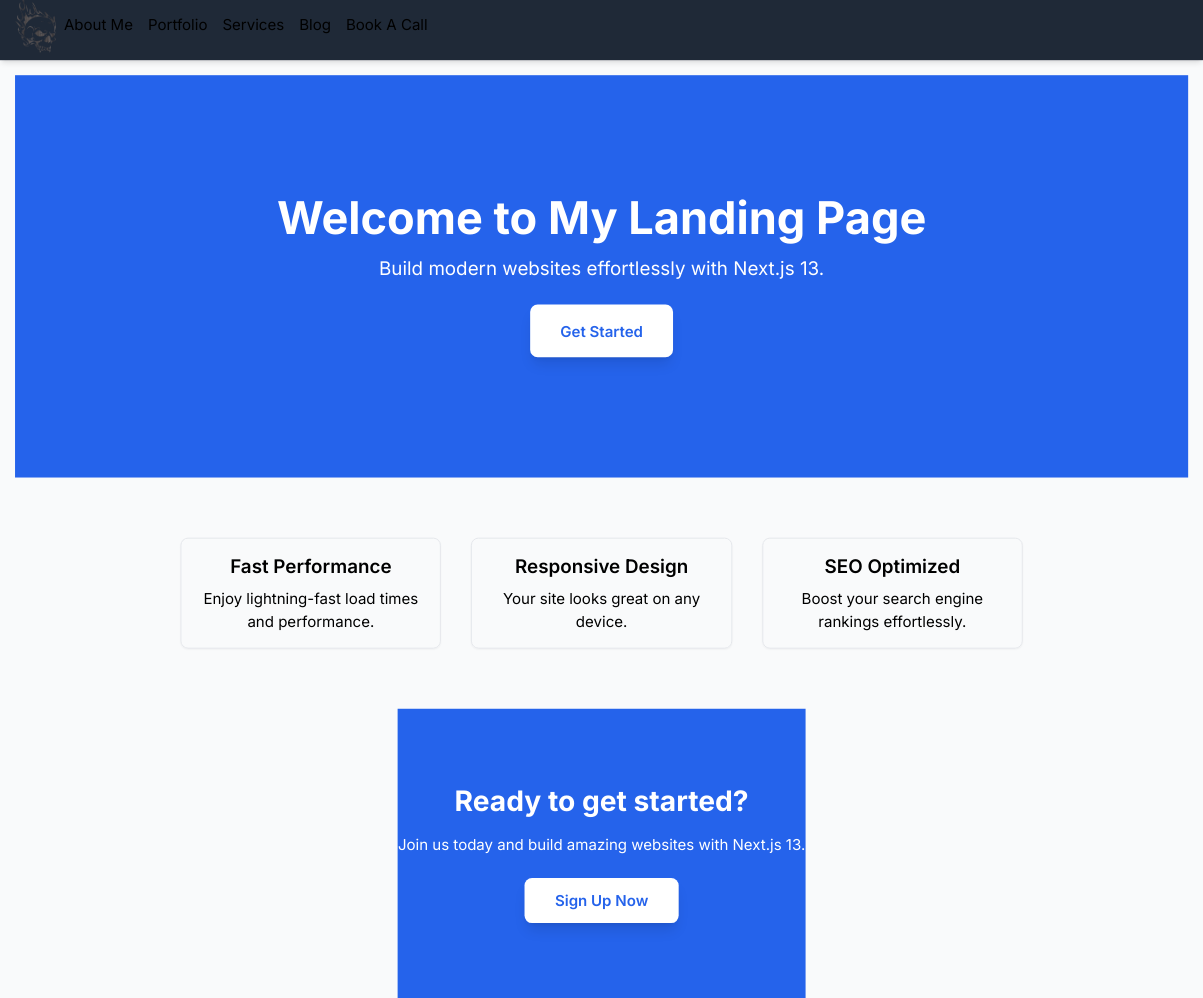
Repository: TheSecretlifeOfX/landing1
Page: /
An editor plug-in stored every save of this project. The page is shown before and after the next save, followed by the edit.
The browser window is 1280 px wide. The pictures show the whole page, at 94% of full size.
The project was rebuilt for these pictures with package versions that can differ from the ones it lists, and the page was loaded fresh each time. The framework's server and built-in components were replaced by stand-ins that run in the browser. Also part of the build but not shown: next.config.js.

Above is the page before, as saved 2024-11-14 13:03:40.

### app/layout.tsx
import Link from 'next/link'
import './globals.css'
import type { Metadata } from 'next'
import { Inter } from 'next/font/google'

import Navbar from "@/app/components/Navbar";


const inter = Inter({ subsets: ['latin'] })

export const metadata: Metadata = {
  title: 'Create Next App',
  description: 'Generated by create next app',
}

export default function RootLayout({
  children,
}: {
  children: React.ReactNode
}) {
  return (
    <html lang="en">
      <body className={inter.className}>
      <nav>
        <Navbar />
      </nav>
      {children}</body>
    </html>
  )
}

### app/page.tsx
import HeroSection from "@/app/components/HeroSection";
import FeaturesSection from "@/app/components/FeaturesSection";
import CallToAction from "@/app/components/CallToAction";

// app/page.tsx
export default function Home() {
  return (
    <main className="flex flex-col items-center justify-center min-h-screen px-4 bg-gray-50">
      <HeroSection />
      <FeaturesSection />
      <CallToAction />
    </main>
  );
}

### app/components/Navbar.tsx
// src/components/Navbar.tsx
import React from "react";
import Link from "next/link";
import Image from "next/image";

export default function Navbar() {
  return (
    <nav className="fixed top-[-12px] left-0 w-full bg-gray-800 p-2 text-black shadow-md z-50 ">
      <div className="container mx-auto flex items-center">
        <div className="text-2xl font-bold">
          <Link href="/">
          <Image
            src="/Images/Logo.png"
            alt="MyBrand Logo"
            width={60}
            height={60}
            className="cursor-pointer"
            priority
          />
          </Link>
        </div>
        <ul className="flex space-x-4">
          <li>
            <a href="#hero" className="hover:text-gray-200">
              About Me
            </a>
          </li>
          <li>
            <a href="#features" className="hover:text-gray-200">
              Portfolio
            </a>
          </li>
          <li>
            <a href="#" className="hover:text-gray-200">
              Services
            </a>
          </li>
          <li>
            <a href="#" className="hover:text-gray-200">
              Blog
            </a>
          </li>
          <li className="ml-">
            <a href="#contact" className="hover:text-gray-200">
              Book A Call
            </a>
          </li>
        </ul>
      </div>
    </nav>
  );
}

### app/components/HeroSection.tsx
// components/HeroSection.tsx
export default function HeroSection() {
  return (
    <section
      id="hero"
      className="w-full py-32 bg-blue-600 text-white flex flex-col items-center justify-center mt-20"
    >
      <h1 className="text-5xl font-bold mb-4">Welcome to My Landing Page</h1>
      <p className="text-xl mb-6 max-w-3xl text-center">
        Build modern websites effortlessly with Next.js 13.
      </p>
      <button className="px-8 py-4 bg-white text-blue-600 font-semibold rounded-lg shadow-lg hover:bg-gray-100 transition duration-300">
        Get Started
      </button>
    </section>
  );
}

### app/components/FeaturesSection.tsx
// components/FeaturesSection.tsx
export default function FeaturesSection() {
    return (
      <section id="features" className="py-16">
        <div className="max-w-4xl mx-auto grid grid-cols-1 md:grid-cols-3 gap-8">
          <Feature
            title="Fast Performance"
            description="Enjoy lightning-fast load times and performance."
          />
          <Feature
            title="Responsive Design"
            description="Your site looks great on any device."
          />
          <Feature
            title="SEO Optimized"
            description="Boost your search engine rankings effortlessly."
          />
        </div>
      </section>
    );
  }

  function Feature({ title, description }: { title: string; description: string }) {
    return (
      <div className="text-center p-4 border rounded-lg shadow-sm">
        <h3 className="text-xl font-semibold mb-2">{title}</h3>
        <p>{description}</p>
      </div>
    );
  }

### app/components/CallToAction.tsx
// components/CallToAction.tsx
export default function CallToAction() {
    return (
      <section id="contact" className="py-20 text-center bg-blue-600 text-white">
        <h2 className="text-3xl font-bold mb-4">Ready to get started?</h2>
        <p className="mb-6">Join us today and build amazing websites with Next.js 13.</p>
        <button className="px-8 py-3 bg-white text-blue-600 font-semibold rounded-lg shadow-lg hover:bg-gray-100">
          Sign Up Now
        </button>
      </section>
    );
  }

Loaded but not shown: app/globals.css (common file); tailwind.config.js (common file)

After the next save:
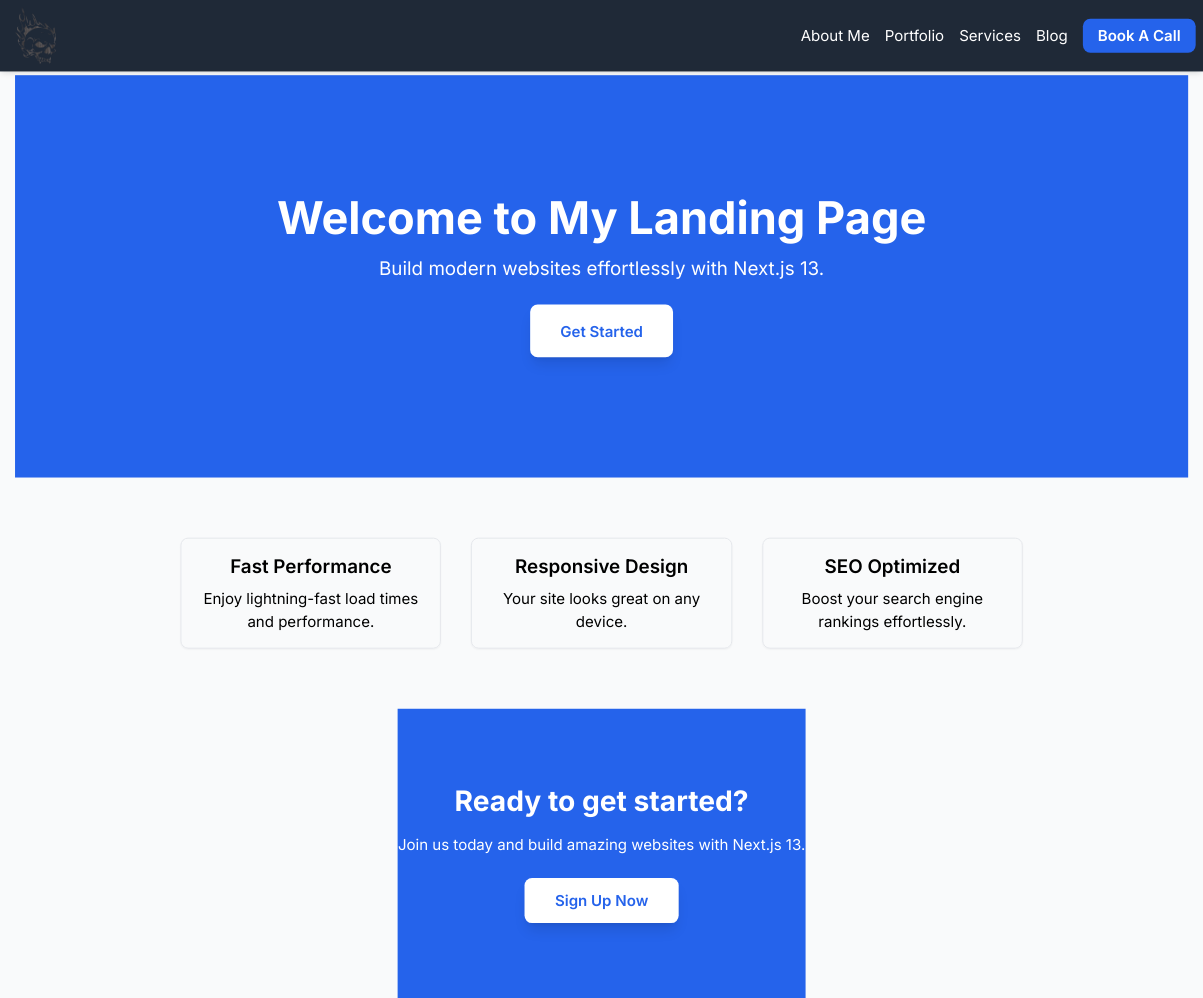
Saved 51 s later.
--- a/app/components/Navbar.tsx
+++ b/app/components/Navbar.tsx
@@ -5,43 +5,53 @@ import Image from "next/image";
 
 export default function Navbar() {
   return (
-    <nav className="fixed top-[-12px] left-0 w-full bg-gray-800 p-2 text-black shadow-md z-50 ">
+    <nav className="fixed top-0 left-0 w-full bg-gray-800 p-2 text-white shadow-md z-50">
       <div className="container mx-auto flex items-center">
-        <div className="text-2xl font-bold">
+        {/* Logo Section on the Left */}
+        <div className="flex items-center">
           <Link href="/">
-          <Image
-            src="/Images/Logo.png"
-            alt="MyBrand Logo"
-            width={60}
-            height={60}
-            className="cursor-pointer"
-            priority
-          />
+            <Image
+              src="/Images/Logo.png"
+              alt="MyBrand Logo"
+              width={60}
+              height={60}
+              className="cursor-pointer"
+              priority
+            />
           </Link>
         </div>
-        <ul className="flex space-x-4">
+
+        {/* Navigation Links Centered */}
+        <ul className="flex ml-auto space-x-4">
           <li>
-            <a href="#hero" className="hover:text-gray-200">
+            <a href="#hero" className="hover:text-gray-400">
               About Me
             </a>
           </li>
           <li>
-            <a href="#features" className="hover:text-gray-200">
+            <a href="#features" className="hover:text-gray-400">
               Portfolio
             </a>
           </li>
           <li>
-            <a href="#" className="hover:text-gray-200">
+            <a href="#" className="hover:text-gray-400">
               Services
             </a>
           </li>
           <li>
-            <a href="#" className="hover:text-gray-200">
+            <a href="#" className="hover:text-gray-400">
               Blog
             </a>
           </li>
-          <li className="ml-">
-            <a href="#contact" className="hover:text-gray-200">
+        </ul>
+
+        {/* "Book A Call" Button on the Right */}
+        <ul className="flex items-center ml-4">
+          <li>
+            <a
+              href="#contact"
+              className="px-4 py-2 bg-blue-600 text-white font-semibold rounded-lg hover:bg-blue-700 transition duration-300"
+            >
               Book A Call
             </a>
           </li>
